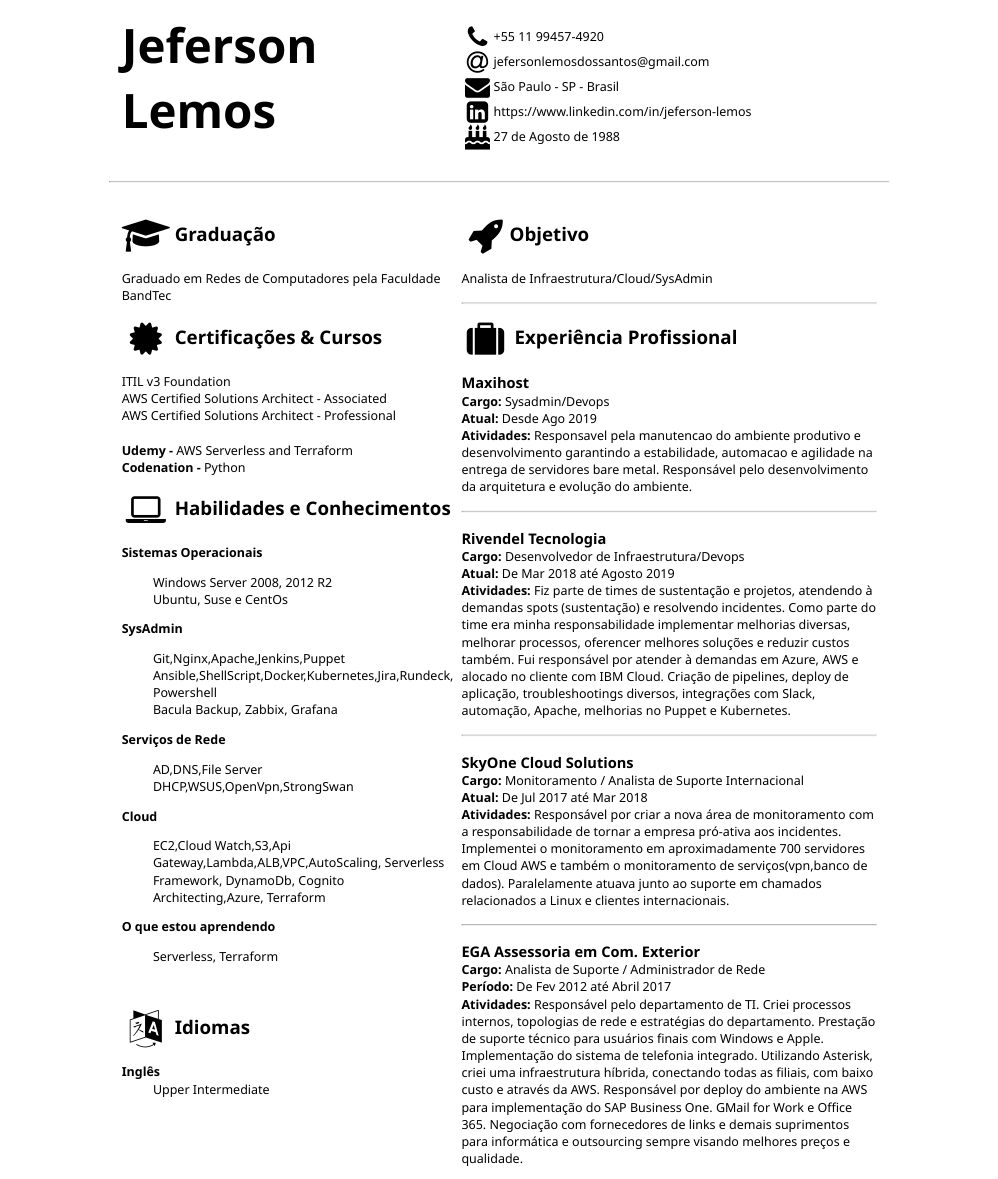
Repository: jefersonlemos/Resume-pt
Page: index.html
The author's editor kept a copy of each file at every save. The page is drawn from the files as they stood at one save, then again after the next save.
The browser window is 1280 px wide. The pictures show the whole page, at 78% of full size.

Above is the page before, as saved 2020-06-15 11:25:47.

### index.html
<!DOCTYPE html>

<html lang="en">
<head>
    <meta charset="utf-8" />
    <title>Jeferson Lemos PT</title>
    <link rel="stylesheet" href="./css/normalize.css" type="text/css" />
    <link rel="stylesheet" href="./css/app.css" type="text/css" />
    <link rel="stylesheet" href="./css/font-awesome.min.css" type="text/css" />
</head>
<body>
    <div class="content">
        <header>
            <section>
                <h1>Jeferson <br />Lemos</h1>
            </section>
            <section>
                <ul>
                    <li>
                        <i class="fa fa-fw fa-2x fa-phone"></i>+55 11 99457-4920
                    </li>
                    <li>
                        <i class="fa fa-fw fa-2x fa-at"></i>jefersonlemosdossantos@gmail.com
                    </li>
                    <li>
                        <i class="fa fa-fw fa-2x fa-envelope"></i>São Paulo - SP - Brasil
                    </li>
                    <li>
                        <i class="fa fa-fw fa-2x fa-linkedin-square"></i>https://www.linkedin.com/in/jeferson-lemos
                    </li>
                    <li>
                        <i class="fa fa-fw fa-2x fa-birthday-cake"></i>27 de Agosto de 1988
                    </li>
                </ul>
            </section>
        </header>
        <hr />
        <main>
            <section>
                <article>
                    <h2><i class="fa fa-fw fa-2x fa-graduation-cap"></i> Graduação</h2>
                        Graduado em Redes de Computadores pela Faculdade BandTec

                </article>
                <article>
                    <h2><i class="fa fa-fw fa-2x fa-certificate"></i> Certificações & Cursos</h2>

                        ITIL v3 Foundation </br>
                        AWS Certified Solutions Architect - Associated </br>
                        AWS Certified Solutions Architect - Professional</br>
						</br>

					<b>Udemy - </b>AWS Serverless and Terraform</br>
					<b>Codenation - </b> Python </br>

                </article>
				 <article>
                    <h2><i class="fa fa-fw fa-2x fa-laptop"></i> Habilidades e Conhecimentos</h2>
                    <dl>
                        <dt>Sistemas Operacionais</dt>
                        <dd>
                            <ul>
                                <li>Windows Server 2008, 2012 R2</li>
                                <li>Ubuntu, Suse e CentOs</li>
                            </ul>
                        </dd>
                        <dt>SysAdmin</dt>
                        <dd>
                            <ul>
                                <li>Git,Nginx,Apache,Jenkins,Puppet</li>
                                <li>Ansible,ShellScript,Docker,Kubernetes,Jira,Rundeck, Powershell </li>
                                <li>Bacula Backup, Zabbix, Grafana</li>

                            </ul>
                        </dd>
                        <dt>Serviços de Rede</dt>
                        <dd>
                            <ul>
                                <li>AD,DNS,File Server DHCP,WSUS,OpenVpn,StrongSwan</li>
                            </ul>
                        </dd>
                        <dt>Cloud</dt>
                        <dd>
                            <ul>
                                <li>EC2,Cloud Watch,S3,Api Gateway,Lambda,ALB,VPC,AutoScaling, Serverless Framework, DynamoDb, Cognito</li>
                                <li>Architecting,Azure, Terraform </li>
                            </ul>
                        </dd>
                        <dt>O que estou aprendendo</dt>
                        <dd>
                            <ul>
                                <li>Serverless, Terraform</li>
                            </ul>
                        </dd>
                    </dl>
                </article>
                <br />
                <article>
                    <h2><i class="fa fa-fw fa-2x fa-language"></i> Idiomas</h2>
                    <dl>
                        <dt>Inglês</dt>
                        <dd>Upper Intermediate</dd>
                    </dl>
                </article>
            </section>
            <section>
                <article>
					<h2><i class="fa fa-fw fa-2x fa-rocket"></i>Objetivo </h2>
                    Analista de Infraestrutura/Cloud/SysAdmin
                    <hr />
                    <h2><i class="fa fa-fw fa-2x fa-suitcase"></i> Experiência Profissional</h2>
                    <h3>Maxihost</h3>
                    <strong>Cargo:</strong> Sysadmin/Devops <br />
                    <strong>Atual:</strong> Desde Ago 2019<br />
                    <strong>Atividades:</strong> Responsavel pela manutencao do ambiente produtivo e desenvolvimento garantindo a estabilidade, automacao e agilidade na entrega de servidores bare metal. Responsável pelo desenvolvimento da arquitetura e evolução do ambiente.
                    <hr />
                    <h3>Rivendel Tecnologia</h3>
                    <strong>Cargo:</strong> Desenvolvedor de Infraestrutura/Devops <br />
                    <strong>Atual:</strong> De Mar 2018 até Agosto 2019<br />
                    <strong>Atividades:</strong> Fiz parte de times de sustentação e projetos, atendendo à demandas spots (sustentação) e resolvendo incidentes. Como parte do time era minha responsabilidade implementar melhorias diversas, melhorar processos, oferencer melhores soluções e reduzir custos também.
                    Fui responsável por atender à demandas em Azure, AWS e alocado no cliente com IBM Cloud. Criação de pipelines, deploy de aplicação, troubleshootings diversos, integrações com Slack, automação, Apache, melhorias no Puppet e Kubernetes.
                    <hr />
		            <h3>SkyOne Cloud Solutions</h3>
                    <strong>Cargo:</strong> Monitoramento / Analista de Suporte Internacional <br />
                    <strong>Atual:</strong> De Jul 2017 até Mar 2018<br />
                    <strong>Atividades:</strong> Responsável por criar a nova área de monitoramento com a responsabilidade de tornar a empresa pró-ativa aos incidentes. Implementei o monitoramento em aproximadamente 700 servidores em Cloud AWS e também o monitoramento de serviços(vpn,banco de dados).
			        Paralelamente atuava junto ao suporte em chamados relacionados a Linux e clientes internacionais.
                    <hr />
                    <h3>EGA Assessoria em Com. Exterior</h3>
                    <strong>Cargo:</strong> Analista de Suporte / Administrador de Rede  <br />
                    <strong>Período:</strong> De Fev 2012 até Abril 2017<br />
                    <strong>Atividades:</strong> Responsável pelo departamento de TI. Criei processos internos, topologias de rede e estratégias do departamento. Prestação de suporte técnico para usuários finais com Windows e Apple. Implementação do sistema de telefonia integrado. Utilizando Asterisk, criei uma infraestrutura híbrida, conectando todas as filiais, com baixo custo e através da AWS. Responsável por deploy do ambiente na AWS para implementação do SAP Business One. GMail for Work e Office 365. Negociação com fornecedores de links e demais suprimentos para informática e outsourcing sempre visando melhores preços e qualidade.
                    <!-- <hr />
                    <h3>Kosmos Tecnologia</h3>
                    <strong>Cargo:</strong> Empreendedor<br />
                    <strong>Período:</strong> De Nov 2009 até Fev 2012<br />
                    <strong>Atividades:</strong> Eu fui um empreendedor e fui responsável por prover suporte técnico (hardware e software) para os clientes. Fui também responsável por procurar novos clientes.
                    Prestei consultoria para pequenas empresas montando novos escritórios, criando websites, politicas de rede, backups e melhorias na rede.
                    Migrei um grande site chamado famosidades.com.br de um pequeno hosting para um hosting maior e mais seguro, migrei de Windows para Linux.
                    <hr /> -->
                   <!-- <h3>Stefanini IT Solutions</h3>
                    <strong>Cargo:</strong> Analista de Suporte I & II<br />
                    <strong>Periodo:</strong> De Nov 2008 até Nov 2009<br />
                    <strong>Atividades :</strong> Meu primeiro emprego, eu prestei suporte técnico em início de carreira. Participei de um projeto de migração de 1000 hosts de um domínio Windows 2003
para um novo domínio WIndows 2008.
                    <hr />-->

                </article>
            </section>
        </main>
        <footer>

        </footer>
    </div>
</body>
</html>

### css/app.css
body {
    font-family: 'Segoe UI', sans-serif;
}

.content {
    width: 1000px;
    margin: 0 auto;
}

header,
main {
    display: flex;
    padding: 1rem;
}

    header section,
    main section {
        -ms-flex: 1;
        flex: 1;
    }
    header section:first-child,
    main section:first-child {
        max-width: 45%;
    }

header h1 {
    font-size: 3.8rem;
    margin: 0;
}
main h3 {
    margin: 0;
}
main hr {
    margin: 20px 0;
}
header .fa,
main .fa {
    vertical-align: middle;
}
ul {
    list-style: none;
    padding: 0;
}

dt {
    font-weight: bold;
}

Loaded but not shown: css/normalize.css (library); css/font-awesome.min.css (library)

After the next save:
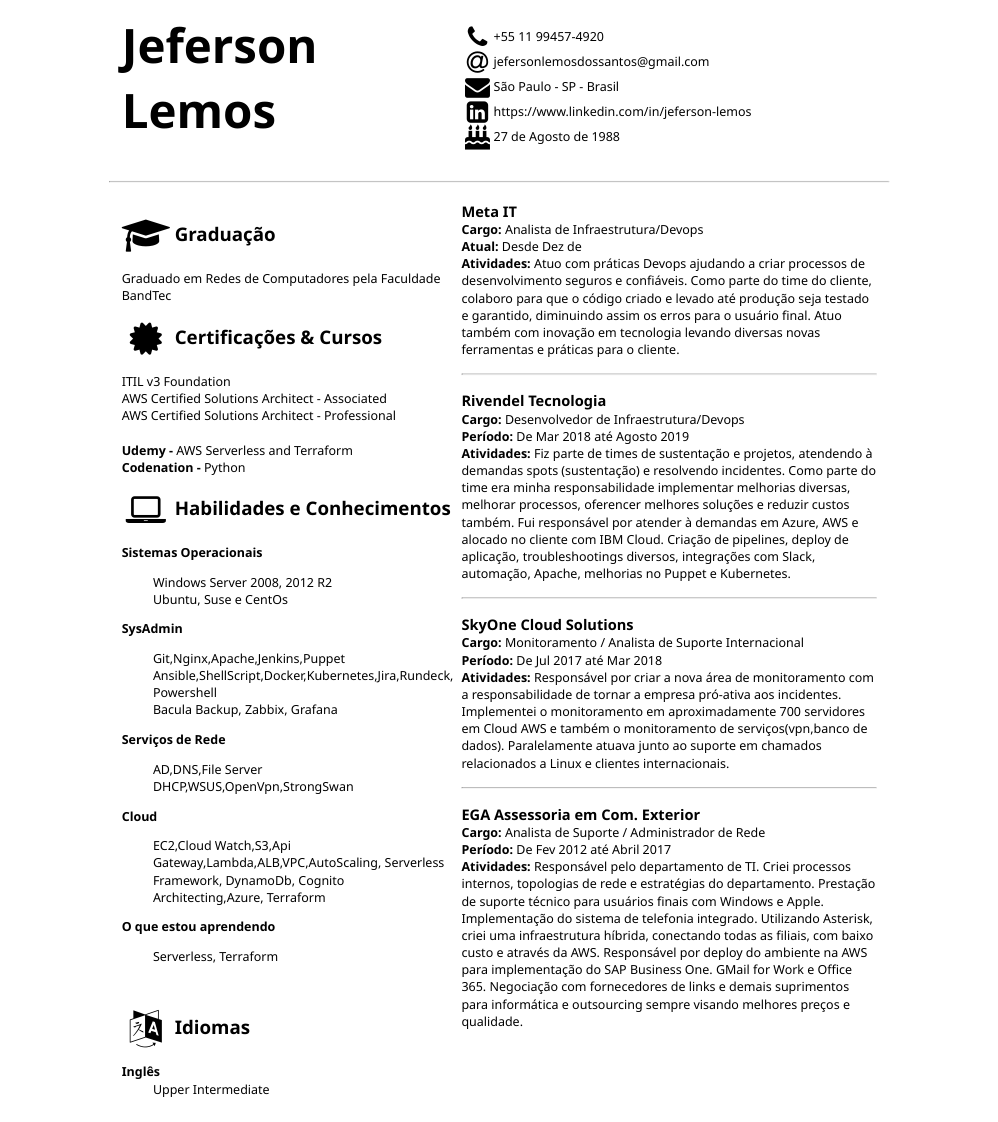
Saved 7 min 43 s later.
--- a/index.html
+++ b/index.html
@@ -105,31 +105,36 @@
             </section>
             <section>
                 <article>
-					<h2><i class="fa fa-fw fa-2x fa-rocket"></i>Objetivo </h2>
-                    Analista de Infraestrutura/Cloud/SysAdmin
+                    <h3>Meta IT</h3>
+                    <strong>Cargo:</strong> Analista de Infraestrutura/Devops <br />
+                    <strong>Atual:</strong> Desde Dez de<br />
+                    <strong>Atividades:</strong> Atuo com práticas Devops ajudando a criar processos de desenvolvimento seguros e confiáveis. Como parte do time do cliente,
+                     colaboro para que o código criado e levado até produção seja testado e garantido, diminuindo assim os erros para o usuário final.
+                     Atuo também com inovação em tecnologia levando diversas novas ferramentas e práticas para o cliente.
                     <hr />
-                    <h2><i class="fa fa-fw fa-2x fa-suitcase"></i> Experiência Profissional</h2>
-                    <h3>Maxihost</h3>
-                    <strong>Cargo:</strong> Sysadmin/Devops <br />
-                    <strong>Atual:</strong> Desde Ago 2019<br />
-                    <strong>Atividades:</strong> Responsavel pela manutencao do ambiente produtivo e desenvolvimento garantindo a estabilidade, automacao e agilidade na entrega de servidores bare metal. Responsável pelo desenvolvimento da arquitetura e evolução do ambiente.
-                    <hr />
-                    <h3>Rivendel Tecnologia</h3>
+					<h3>Rivendel Tecnologia</h3>
                     <strong>Cargo:</strong> Desenvolvedor de Infraestrutura/Devops <br />
-                    <strong>Atual:</strong> De Mar 2018 até Agosto 2019<br />
-                    <strong>Atividades:</strong> Fiz parte de times de sustentação e projetos, atendendo à demandas spots (sustentação) e resolvendo incidentes. Como parte do time era minha responsabilidade implementar melhorias diversas, melhorar processos, oferencer melhores soluções e reduzir custos também.
-                    Fui responsável por atender à demandas em Azure, AWS e alocado no cliente com IBM Cloud. Criação de pipelines, deploy de aplicação, troubleshootings diversos, integrações com Slack, automação, Apache, melhorias no Puppet e Kubernetes.
+                    <strong>Período:</strong> De Mar 2018 até Agosto 2019<br />
+                    <strong>Atividades:</strong> Fiz parte de times de sustentação e projetos, atendendo à demandas spots (sustentação) e resolvendo incidentes.
+                    Como parte do time era minha responsabilidade implementar melhorias diversas, melhorar processos, oferencer melhores soluções e reduzir custos também.
+                    Fui responsável por atender à demandas em Azure, AWS e alocado no cliente com IBM Cloud. Criação de pipelines, deploy de aplicação, troubleshootings diversos,
+                     integrações com Slack, automação, Apache, melhorias no Puppet e Kubernetes.
                     <hr />
 		            <h3>SkyOne Cloud Solutions</h3>
                     <strong>Cargo:</strong> Monitoramento / Analista de Suporte Internacional <br />
-                    <strong>Atual:</strong> De Jul 2017 até Mar 2018<br />
-                    <strong>Atividades:</strong> Responsável por criar a nova área de monitoramento com a responsabilidade de tornar a empresa pró-ativa aos incidentes. Implementei o monitoramento em aproximadamente 700 servidores em Cloud AWS e também o monitoramento de serviços(vpn,banco de dados).
+                    <strong>Período:</strong> De Jul 2017 até Mar 2018<br />
+                    <strong>Atividades:</strong> Responsável por criar a nova área de monitoramento com a responsabilidade de tornar a empresa pró-ativa aos incidentes.
+                    Implementei o monitoramento em aproximadamente 700 servidores em Cloud AWS e também o monitoramento de serviços(vpn,banco de dados).
 			        Paralelamente atuava junto ao suporte em chamados relacionados a Linux e clientes internacionais.
                     <hr />
                     <h3>EGA Assessoria em Com. Exterior</h3>
                     <strong>Cargo:</strong> Analista de Suporte / Administrador de Rede  <br />
                     <strong>Período:</strong> De Fev 2012 até Abril 2017<br />
-                    <strong>Atividades:</strong> Responsável pelo departamento de TI. Criei processos internos, topologias de rede e estratégias do departamento. Prestação de suporte técnico para usuários finais com Windows e Apple. Implementação do sistema de telefonia integrado. Utilizando Asterisk, criei uma infraestrutura híbrida, conectando todas as filiais, com baixo custo e através da AWS. Responsável por deploy do ambiente na AWS para implementação do SAP Business One. GMail for Work e Office 365. Negociação com fornecedores de links e demais suprimentos para informática e outsourcing sempre visando melhores preços e qualidade.
+                    <strong>Atividades:</strong> Responsável pelo departamento de TI. Criei processos internos, topologias de rede e estratégias do departamento.
+                    Prestação de suporte técnico para usuários finais com Windows e Apple. Implementação do sistema de telefonia integrado. Utilizando Asterisk,
+                    criei uma infraestrutura híbrida, conectando todas as filiais, com baixo custo e através da AWS. Responsável por deploy do ambiente na AWS para
+                    implementação do SAP Business One. GMail for Work e Office 365. Negociação com fornecedores de links e demais suprimentos para informática e outsourcing
+                    sempre visando melhores preços e qualidade.
                     <!-- <hr />
                     <h3>Kosmos Tecnologia</h3>
                     <strong>Cargo:</strong> Empreendedor<br />
